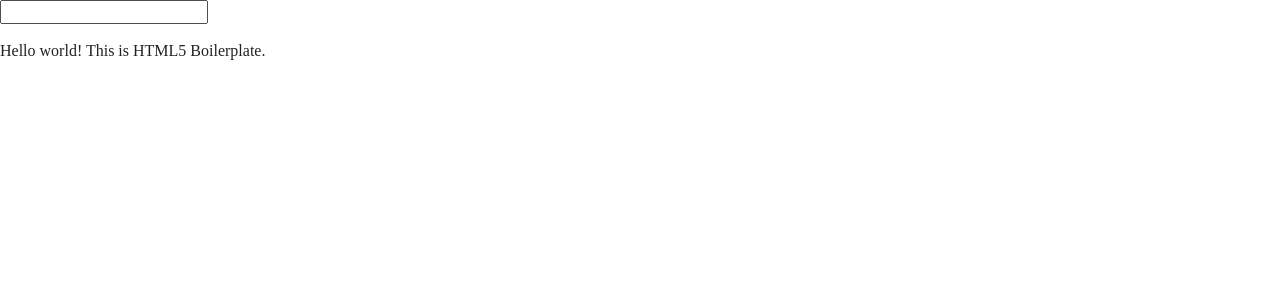
Repository: bguemos/project1lab3
Page: index.html
These files come from the project's save history. The page is drawn as it stood at one moment and after the next save; the edit follows.
The browser window is 1280 px wide. The pictures show the whole page.

Above is the page before, as saved 2023-01-17 21:22:28.

### index.html
<!doctype html>
<html class="no-js" lang="en">

<head>
  <meta charset="utf-8">
  <title> My bodacious blog</title>
  <meta name="description" content="A lab exercise">
  <meta name="viewport" content="width=device-width, initial-scale=1">

  <meta property="og:title" content="">
  <meta property="og:type" content="">
  <meta property="og:url" content="">
  <meta property="og:image" content="">

  <link rel="manifest" href="site.webmanifest">
  <link rel="apple-touch-icon" href="icon.png">
  <!-- Place favicon.ico in the root directory -->

  <link rel="stylesheet" href="css/normalize.css">
  <link rel="stylesheet" href="css/main.css">

  <meta name="theme-color" content="#fafafa">
</head>

<body>
  <div class="magazineheader">
  <input class="headersearchbar">
  <div class="socialmedialinks"></div>
</div>
<div class="navigationlinks">

</div>
  <div class="maincontent">
    <div class="topstories">

    </div>
    <div class="avatar">



    </div>
    <div class="avatar2">

    </div>
    <div class="topstorysidebar">

    </div>
 </div>
 <div class="aftermaincontent">
  <div class="informationlinks"></div>



 </div>
 <div class="magazinefooter">

 </div>

  <!-- Add your site or application content here -->
  <p>Hello world! This is HTML5 Boilerplate.</p>
  <script src="js/vendor/modernizr-3.11.2.min.js"></script>
  <script src="js/plugins.js"></script>
  <script src="js/main.js"></script>

  <!-- Google Analytics: change UA-XXXXX-Y to be your site's ID. -->
  <script>
    window.ga = function () { ga.q.push(arguments) }; ga.q = []; ga.l = +new Date;
    ga('create', 'UA-XXXXX-Y', 'auto'); ga('set', 'anonymizeIp', true); ga('set', 'transport', 'beacon'); ga('send', 'pageview')
  </script>
  <script src="https://www.google-analytics.com/analytics.js" async></script>
</body>

</html>

### css/main.css
/*! HTML5 Boilerplate v8.0.0 | MIT License | https://html5boilerplate.com/ */

/* main.css 2.1.0 | MIT License | https://github.com/h5bp/main.css#readme */
/*
 * What follows is the result of much research on cross-browser styling.
 * Credit left inline and big thanks to Nicolas Gallagher, Jonathan Neal,
 * Kroc Camen, and the H5BP dev community and team.
 */

/* ==========================================================================
   Base styles: opinionated defaults
   ========================================================================== */

html {
  color: #222;
  font-size: 1em;
  line-height: 1.4;
}

/*
 * Remove text-shadow in selection highlight:
 * https://twitter.com/miketaylr/status/12228805301
 *
 * Vendor-prefixed and regular ::selection selectors cannot be combined:
 * https://stackoverflow.com/a/16982510/7133471
 *
 * Customize the background color to match your design.
 */

::-moz-selection {
  background: #b3d4fc;
  text-shadow: none;
}

::selection {
  background: #b3d4fc;
  text-shadow: none;
}

/*
 * A better looking default horizontal rule
 */

hr {
  display: block;
  height: 1px;
  border: 0;
  border-top: 1px solid #ccc;
  margin: 1em 0;
  padding: 0;
}

/*
 * Remove the gap between audio, canvas, iframes,
 * images, videos and the bottom of their containers:
 * https://github.com/h5bp/html5-boilerplate/issues/440
 */

audio,
canvas,
iframe,
img,
svg,
video {
  vertical-align: middle;
}

/*
 * Remove default fieldset styles.
 */

fieldset {
  border: 0;
  margin: 0;
  padding: 0;
}

/*
 * Allow only vertical resizing of textareas.
 */

textarea {
  resize: vertical;
}

/* ==========================================================================
   Author's custom styles
   ========================================================================== */

/* ==========================================================================
   Helper classes
   ========================================================================== */

/*
 * Hide visually and from screen readers
 */

.hidden,
[hidden] {
  display: none !important;
}

/*
 * Hide only visually, but have it available for screen readers:
 * https://snook.ca/archives/html_and_css/hiding-content-for-accessibility
 *
 * 1. For long content, line feeds are not interpreted as spaces and small width
 *    causes content to wrap 1 word per line:
 *    https://medium.com/@jessebeach/beware-smushed-off-screen-accessible-text-5952a4c2cbfe
 */

.sr-only {
  border: 0;
  clip: rect(0, 0, 0, 0);
  height: 1px;
  margin: -1px;
  overflow: hidden;
  padding: 0;
  position: absolute;
  white-space: nowrap;
  width: 1px;
  /* 1 */
}

/*
 * Extends the .sr-only class to allow the element
 * to be focusable when navigated to via the keyboard:
 * https://www.drupal.org/node/897638
 */

.sr-only.focusable:active,
.sr-only.focusable:focus {
  clip: auto;
  height: auto;
  margin: 0;
  overflow: visible;
  position: static;
  white-space: inherit;
  width: auto;
}

/*
 * Hide visually and from screen readers, but maintain layout
 */

.invisible {
  visibility: hidden;
}

/*
 * Clearfix: contain floats
 *
 * For modern browsers
 * 1. The space content is one way to avoid an Opera bug when the
 *    `contenteditable` attribute is included anywhere else in the document.
 *    Otherwise it causes space to appear at the top and bottom of elements
 *    that receive the `clearfix` class.
 * 2. The use of `table` rather than `block` is only necessary if using
 *    `:before` to contain the top-margins of child elements.
 */

.clearfix::before,
.clearfix::after {
  content: " ";
  display: table;
}

.clearfix::after {
  clear: both;
}

/* ==========================================================================
   EXAMPLE Media Queries for Responsive Design.
   These examples override the primary ('mobile first') styles.
   Modify as content requires.
   ========================================================================== */

@media only screen and (min-width: 35em) {
  /* Style adjustments for viewports that meet the condition */
}

@media print,
  (-webkit-min-device-pixel-ratio: 1.25),
  (min-resolution: 1.25dppx),
  (min-resolution: 120dpi) {
  /* Style adjustments for high resolution devices */
}

/* ==========================================================================
   Print styles.
   Inlined to avoid the additional HTTP request:
   https://www.phpied.com/delay-loading-your-print-css/
   ========================================================================== */

@media print {
  *,
  *::before,
  *::after {
    background: #fff !important;
    color: #000 !important;
    /* Black prints faster */
    box-shadow: none !important;
    text-shadow: none !important;
  }

  a,
  a:visited {
    text-decoration: underline;
  }

  a[href]::after {
    content: " (" attr(href) ")";
  }

  abbr[title]::after {
    content: " (" attr(title) ")";
  }

  /*
   * Don't show links that are fragment identifiers,
   * or use the `javascript:` pseudo protocol
   */
  a[href^="#"]::after,
  a[href^="javascript:"]::after {
    content: "";
  }

  pre {
    white-space: pre-wrap !important;
  }

  pre,
  blockquote {
    border: 1px solid #999;
    page-break-inside: avoid;
  }

  /*
   * Printing Tables:
   * https://web.archive.org/web/20180815150934/http://css-discuss.incutio.com/wiki/Printing_Tables
   */
  thead {
    display: table-header-group;
  }

  tr,
  img {
    page-break-inside: avoid;
  }

  p,
  h2,
  h3 {
    orphans: 3;
    widows: 3;
  }

  h2,
  h3 {
    page-break-after: avoid;
  }
}

### js/plugins.js
// Avoid `console` errors in browsers that lack a console.
(function() {
  var method;
  var noop = function () {};
  var methods = [
    'assert', 'clear', 'count', 'debug', 'dir', 'dirxml', 'error',
    'exception', 'group', 'groupCollapsed', 'groupEnd', 'info', 'log',
    'markTimeline', 'profile', 'profileEnd', 'table', 'time', 'timeEnd',
    'timeline', 'timelineEnd', 'timeStamp', 'trace', 'warn'
  ];
  var length = methods.length;
  var console = (window.console = window.console || {});

  while (length--) {
    method = methods[length];

    // Only stub undefined methods.
    if (!console[method]) {
      console[method] = noop;
    }
  }
}());

// Place any jQuery/helper plugins in here.

Loaded but not shown: css/normalize.css (library); js/vendor/modernizr-3.11.2.min.js (library); js/main.js (no stored copy; drawn as an empty file)

After the next save:
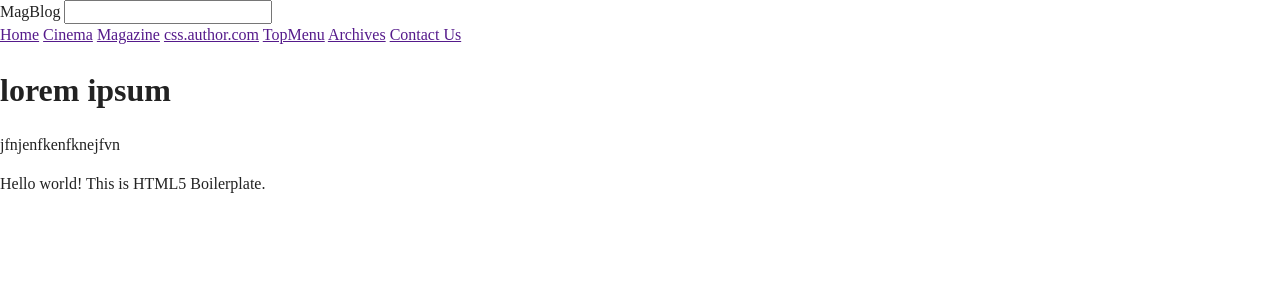
Saved 4 min 8 s later.
--- a/index.html
+++ b/index.html
@@ -24,10 +24,18 @@
 
 <body>
   <div class="magazineheader">
+    <hi>MagBlog</hi>
   <input class="headersearchbar">
   <div class="socialmedialinks"></div>
 </div>
 <div class="navigationlinks">
+  <a href> Home</a>
+  <a href> Cinema</a>
+  <a href> Magazine</a>
+  <a href> css.author.com</a>
+  <a href>TopMenu</a>
+  <a href> Archives</a>
+  <a href> Contact Us</a>
 
 </div>
   <div class="maincontent">
@@ -35,6 +43,8 @@
 
     </div>
     <div class="avatar">
+      <h1> lorem ipsum</h1>
+      <p>jfnjenfkenfknejfvn</p>
 
 
 
